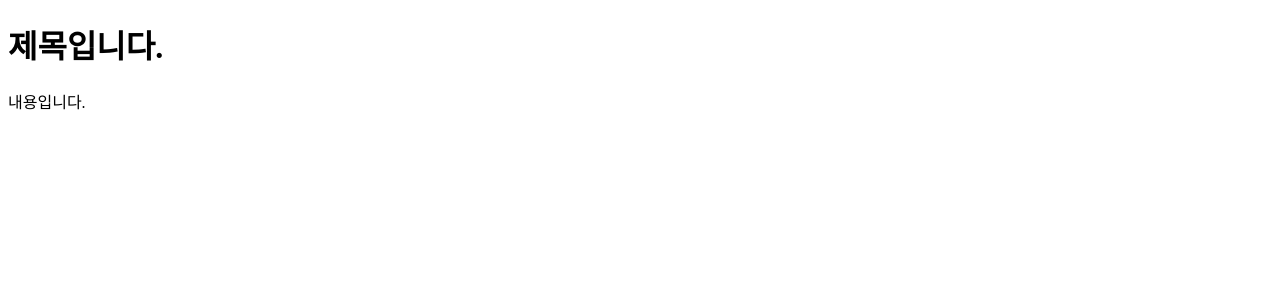
Repository: sungken/htmlProject
Page: ClientTest/src/main/webapp/html/ex03_basic.html
The author's editor kept a copy of each file at every save. The page is drawn from the files as they stood at one save, then again after the next save.
The browser window is 1280 px wide. The pictures show the whole page.

Above is the page before, as saved 2024-03-12 05:49:59.

### ClientTest/src/main/webapp/html/ex03_basic.html
<!DOCTYPE html>
<html>
<head>
<meta charset="UTF-8">
<title>Insert title here</title>
</head>
<body>
	<!-- ex03_basic.html -->
	<!--

	1. 태그(Tag) / 요소(Element)
	2. 속성(Attributy)
	3. 텍스트(PCDATA)
	-------------------------------------------------------- 많이 쓰임
	4. 주석(Comment)
	-------------------------------------------------------- 어느정도 쓰임
	5. 선언문(Declaration)
	6. 엔티티(Entity)
	7. 외부요소
	8. 등등

	1. 태그(Tag) / 요소(Element)
	- 명령어를 <>로 묶어놓은 요소
	- HTML 문법의 주요 요소
	- HTML 문서의 골격(뼈대)를 만드는 역할(레어아웃을 잡는 역할)
	- 데이터(문자열, 이미지 등)을 출력하는 역할
	- 각 태그마다 역할 부여 > 출력되는 형태 or 기능이 다르다.



	 -->
	<h1>제목입니다.</h1>
	<p>내용입니다.</p>


</body>
</html>

After the next save:
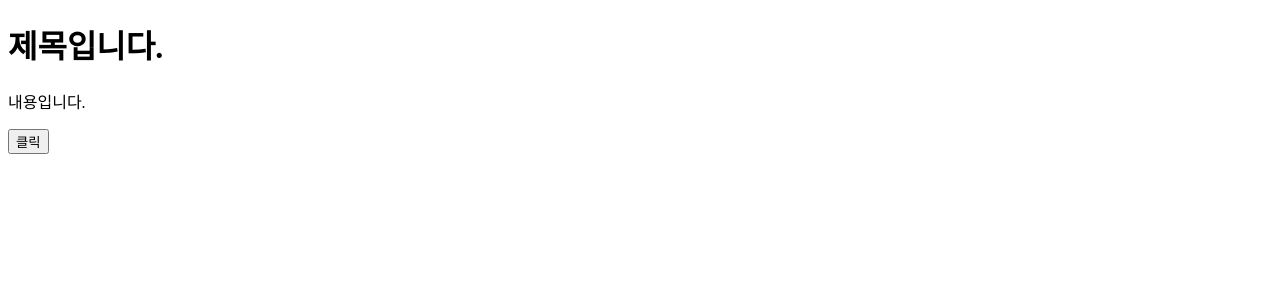
Saved 57 s later.
--- a/ClientTest/src/main/webapp/html/ex03_basic.html
+++ b/ClientTest/src/main/webapp/html/ex03_basic.html
@@ -31,6 +31,7 @@
 	 -->
 	<h1>제목입니다.</h1>
 	<p>내용입니다.</p>
+	<input type="button" value="클릭">
 
 
 </body>
